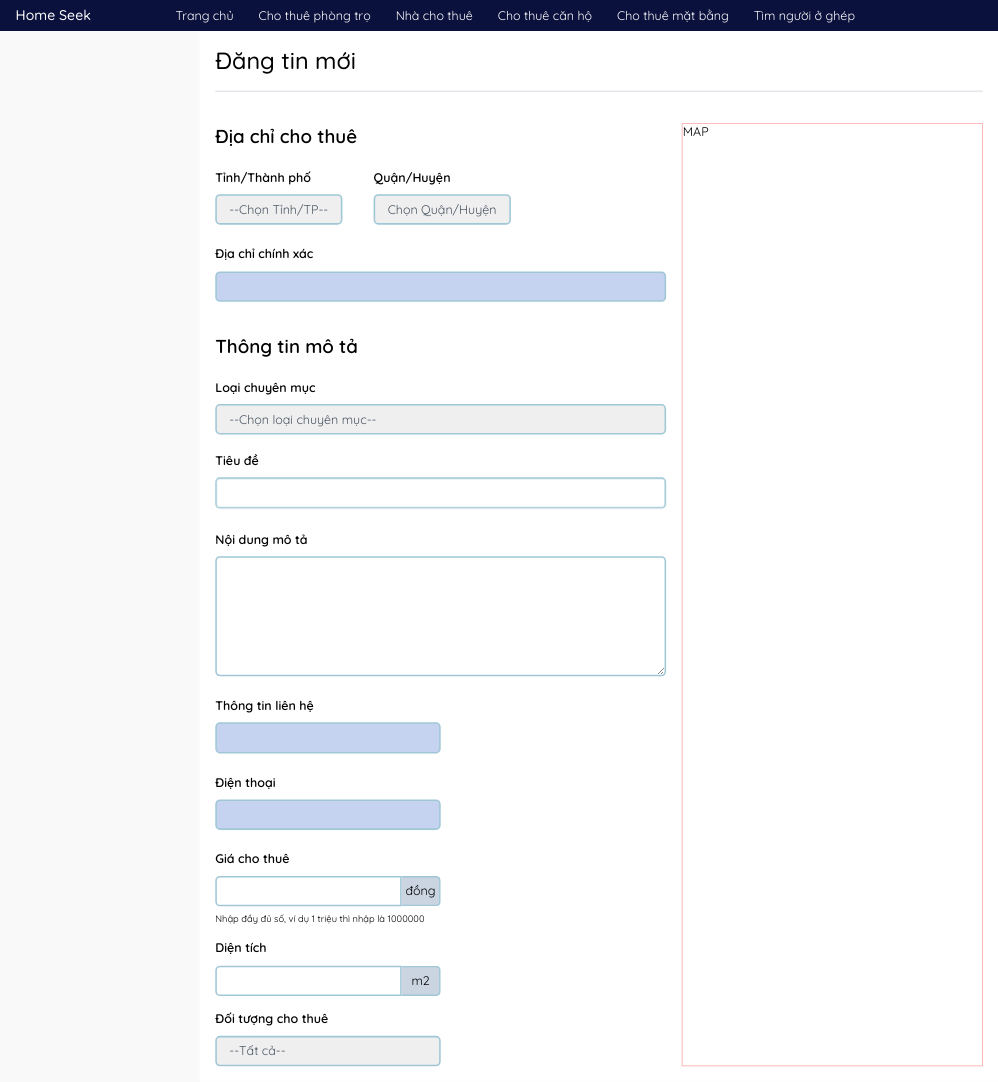
Repository: ajincome26/homeseek
Page: /create (app in client/)
The author's editor kept a copy of each file at every save. The page is drawn from the files as they stood at one save, then again after the next save.
The browser window is 1280 px wide. The pictures show the whole page, at 78% of full size.
The page's requests for data from a server got no answer. The project was rebuilt for these pictures with package versions that can differ from the ones it lists, and the page was loaded fresh each time. Some packages were replaced by stand-ins written for this rebuild. No one was signed in, and anything a server would have sent is missing. Also part of the build but not shown: client/vite.config.ts, client/src/components/Footer/Footer.tsx, client/src/utils/utils.tsx, client/src/components/MainHeader/components/User.tsx, client/src/components/Popover/Popover.tsx, client/src/components/Popover/index.ts, client/src/utils/instance.ts, client/src/apis/auth.api.ts and 13 more.

Above is the page before, as saved 2024-01-11 05:25:24.

### client/index.html
<!doctype html>
<html lang="en">
  <head>
    <meta charset="UTF-8" />
    <link rel="icon" type="image/svg+xml" href="/vite.svg" />
    <meta name="viewport" content="width=device-width, initial-scale=1.0" />
    <title>Home Seek</title>
    <link rel="preconnect" href="https://fonts.googleapis.com" />
    <link rel="preconnect" href="https://fonts.gstatic.com" crossorigin />
    <link
      href="https://fonts.googleapis.com/css2?family=Quicksand:wght@300;400;500;600;700&display=swap"
      rel="stylesheet"
    />
  </head>
  <body>
    <div id="root"></div>
    <script type="module" src="/src/main.tsx"></script>
  </body>
</html>

### client/src/main.tsx
import ReactDOM from 'react-dom/client'
import App from './App'
import './styles/index.scss'
import { BrowserRouter } from 'react-router-dom'
import { QueryClient, QueryClientProvider } from '@tanstack/react-query'
import { ReactQueryDevtools } from '@tanstack/react-query-devtools'
import { AuthProvider } from './contexts/auth.context'
import { ErrorBoundary } from './components/ErrorBoundary'

// Create a client
const queryClient = new QueryClient({
  defaultOptions: {
    queries: {
      refetchOnWindowFocus: false // disable việc fetch lại api khi focus tab window
    }
  }
})

ReactDOM.createRoot(document.getElementById('root')!).render(
  <BrowserRouter>
    <QueryClientProvider client={queryClient}>
      <AuthProvider>
        <ErrorBoundary>
          <App />
        </ErrorBoundary>
      </AuthProvider>
      <ReactQueryDevtools initialIsOpen={false} />
    </QueryClientProvider>
  </BrowserRouter>
)

### client/src/App.tsx
import { useEffect } from 'react'
import { useAuth } from './contexts/auth.context'
import useRoute from './useRoute'
import { LocalStorageEventTarget } from './utils/auth'
import { ToastContainer } from 'react-toastify'
import 'react-toastify/dist/ReactToastify.css'

function App() {
  const routeElements = useRoute()
  const { resetAuth } = useAuth()
  useEffect(() => {
    LocalStorageEventTarget.addEventListener('clearLS', () => {
      resetAuth()
    })
    return () => {
      LocalStorageEventTarget.removeEventListener('clearLS', () => {
        resetAuth()
      })
    }
  }, [resetAuth])
  return (
    <div className='bg-third'>
      <ToastContainer />
      <div>{routeElements}</div>
    </div>
  )
}

export default App

### client/src/styles/index.scss
@tailwind base;
@tailwind components;
@tailwind utilities;

@import 'reset';

body {
  font-family: 'Quicksand', sans-serif;
  font-size: 16px;
  line-height: 1.2;
}

select {
  -webkit-appearance: none;
  -moz-appearance: none;
  appearance: none;
}

::-webkit-scrollbar {
  width: 10px;
}
::-webkit-scrollbar-track {
  background-color: #fafafa;
}
::-webkit-scrollbar-thumb {
  background-color: #ccd0d7;
  border-radius: 50px;
}

/* Chrome, Safari, Edge, Opera */
input::-webkit-outer-spin-button,
input::-webkit-inner-spin-button {
  -webkit-appearance: none;
  margin: 0;
}
/* Firefox */
input[type='number'] {
  appearance: textfield;
}

.cr-truncate-1 {
  overflow: hidden;
  display: -webkit-box;
  -webkit-box-orient: vertical;
  -webkit-line-clamp: 1;
  text-overflow: ellipsis;
  word-break: break-word;
}

// class tailwind-sort
.cr-transition {
  @apply transition-all ease-linear duration-200;
}
.cr-hover-text {
  @apply hover:text-[#977616] transition-colors ease-linear duration-200 cursor-pointer;
}
.cr-input-text {
  @apply px-3 py-2 border-[2px] border-[#a0c7d6] outline-none rounded-md focus:border-[#4b5fc2] cr-transition box-border w-full;
}

### client/src/contexts/auth.context.tsx
import React, { createContext, useContext, useState } from 'react'
import { User } from '~/types/user.type'
import { getAccessToken, getUserInfoFromStorage } from '~/utils/auth'

interface AuthProviderType {
  isLoggedIn: boolean
  setIsLoggedIn: React.Dispatch<React.SetStateAction<boolean>>
  userInfo: User | null
  setUserInfo: React.Dispatch<React.SetStateAction<User | null>>
  resetAuth: () => void
}
const initialContext: AuthProviderType = {
  isLoggedIn: Boolean(getAccessToken()),
  setIsLoggedIn: () => null,
  userInfo: getUserInfoFromStorage(),
  setUserInfo: () => null,
  resetAuth: () => null
}

const AuthContext = createContext<AuthProviderType>(initialContext)
const useAuth = () => {
  const context = useContext(AuthContext)
  if (typeof context === 'undefined') throw new Error('useAuth must be used within a AuthContext')
  return context
}
const AuthProvider = ({ children }: { children: React.ReactNode }) => {
  const [isLoggedIn, setIsLoggedIn] = useState(initialContext.isLoggedIn)
  const [userInfo, setUserInfo] = useState(initialContext.userInfo)
  const resetAuth = () => {
    setIsLoggedIn(false)
    setUserInfo(null)
  }
  return (
    <AuthContext.Provider value={{ isLoggedIn, setIsLoggedIn, userInfo, setUserInfo, resetAuth }}>
      {children}
    </AuthContext.Provider>
  )
}

// eslint-disable-next-line react-refresh/only-export-components
export { useAuth, AuthProvider }

### client/src/components/ErrorBoundary/index.ts
export { default as ErrorBoundary } from './ErrorBoundary'

### client/src/useRoute.tsx
import { useRoutes } from 'react-router-dom'
import { path } from './constants/path'
import { MainLayout } from './layouts/MainLayout'
import ManageLayout from './layouts/ManageLayout/ManageLayout'
import { CreatePost } from './pages/CreatePostPage'
import { HomePage } from './pages/HomePage'
import { LoginPage } from './pages/LoginPage'
import { RegisterPage } from './pages/RegisterPage'

const { HOME, LOGIN, REGISTER, OAUTH, CREATE } = path

const useRoute = () => {
  return useRoutes([
    {
      path: LOGIN,
      element: <LoginPage />
    },
    {
      path: REGISTER,
      element: <RegisterPage />
    },
    {
      path: OAUTH,
      element: <LoginPage />
    },
    {
      path: OAUTH,
      element: <RegisterPage />
    },
    // Authen không ảnh hưởng
    {
      element: <ManageLayout />,
      children: [
        {
          index: true,
          path: CREATE,
          element: <CreatePost />
        }
      ]
    },
    {
      element: <MainLayout />,
      children: [
        {
          index: true,
          path: HOME,
          element: <HomePage />
        }
      ]
    }
  ])
}

export default useRoute

### client/src/utils/auth.ts
import { User } from '~/types/user.type'

export const LocalStorageEventTarget = new EventTarget()

export const getAccessToken = () => localStorage.getItem('accessToken') || ''
export const getRefreshToken = () => localStorage.getItem('refreshToken') || ''
export const setAccessToken = (accessToken: string) => localStorage.setItem('accessToken', accessToken)
export const setRefreshToken = (refreshToken: string) => localStorage.setItem('refreshToken', refreshToken)
export const getUserInfoFromStorage = () => {
  const info = localStorage.getItem('userInfo')
  return info ? JSON.parse(info) : null
}
export const setUserInfoToStorage = (userInfo: User) => localStorage.setItem('userInfo', JSON.stringify(userInfo))

export const clearLocalStorage = () => {
  localStorage.removeItem('accessToken')
  localStorage.removeItem('refreshToken')
  localStorage.removeItem('userInfo')
  const clearLSEvent = new Event('clearLS')
  LocalStorageEventTarget.dispatchEvent(clearLSEvent)
}

### client/src/styles/_reset.scss
*,
*::before,
*::after {
  box-sizing: border-box;
}
* {
  margin: 0;
  padding: 0;
}

html,
body {
  height: 100%;
}
body {
  line-height: 1.5;
  -webkit-font-smoothing: antialiased;
  -webkit-tap-highlight-color: rgba(0, 0, 0, 0);
}
a {
  text-decoration: none;
  color: inherit;
}
img,
picture,
video,
canvas,
svg {
  display: block;
  // max-width: 100%;
}
input,
button,
textarea,
select {
  font: inherit;
  outline: none;
}
option:checked {
  background-color: #0891b2;
  color: white;
  font-style: italic;
}
p,
h1,
h2,
h3,
h4,
h5,
h6 {
  overflow-wrap: break-word;
}

### client/src/constants/path.ts
export const path = {
  HOME: '/',
  LOGIN: '/login',
  OAUTH: '/login/oauth',
  REGISTER: '/register',
  LOGOUT: '/logout',

  ROOM_FOR_RENT: '/room-for-rent',
  HOUSE_FOR_RENT: '/house-for-rent',
  APARTMENT_FOR_RENT: '/apartment-for-rent',
  GROUND_FOR_RENT: '/ground-for-rent',
  FIND_A_ROOMATE: '/find-a-roomate',

  CREATE: '/create',
  MANAGE: '/manage',
  PROFILE: '/user/profile',
  CHANGE_PASSWORD: '/user/change-password',

  CONTACT: '/contact',

  NOT_FOUND: '*'
}

### client/src/layouts/MainLayout/index.ts
export { default as MainLayout } from './MainLayout'

### client/src/layouts/ManageLayout/ManageLayout.tsx
import { Outlet } from 'react-router-dom'
import { Sidebar } from '~/components/Sidebar'
import { SubHeader } from '~/components/SubHeader'

const ManageLayout = () => {
  return (
    <>
      <SubHeader />
      <div className='pt-[40px] flex'>
        <div className='min-h-[calc(100vh-40px)] basis-1/5'>
          <Sidebar />
        </div>
        <div className='bg-white basis-4/5'>
          <Outlet />
        </div>
      </div>
    </>
  )
}

export default ManageLayout

### client/src/pages/CreatePostPage/index.ts
export { default as CreatePost } from './CreatePost'

### client/src/pages/HomePage/index.ts
export { default as HomePage } from './HomePage'

### client/src/pages/LoginPage/index.ts
export { default as LoginPage } from './LoginPage'

### client/src/pages/RegisterPage/index.ts
export { default as RegisterPage } from './RegisterPage'

### client/src/components/Sidebar/index.ts
export { default as Sidebar } from './Sidebar'

### client/src/components/SubHeader/index.ts
export { default as SubHeader } from './SubHeader'

### client/src/pages/CreatePostPage/CreatePost.tsx
import { yupResolver } from '@hookform/resolvers/yup'
import { useForm } from 'react-hook-form'
import { postSchema, PostSchema } from '~/utils/schema'
import Address from './components/Address'
import Overview from './components/Overview'

export type FormPost = PostSchema

const CreatePost = () => {
  const { handleSubmit } = useForm<FormPost>({
    resolver: yupResolver(postSchema)
  })
  const handleCreatePost = (data: FormPost) => {
    console.log('file: CreatePost.tsx:14 ~ handleCreatePost ~ data:', data)
  }
  return (
    <div className='p-5 text-black'>
      <h2 className='w-full pb-5 text-3xl font-medium border-b-2'>Đăng tin mới</h2>
      <div className='flex gap-5 mt-10'>
        <form onSubmit={handleSubmit(handleCreatePost)} className='flex flex-col gap-10 basis-[60%]'>
          <Address />
          <Overview />
        </form>
        <div className='border border-red-300 map basis-[40%]'>MAP</div>
      </div>
    </div>
  )
}

export default CreatePost

### client/src/components/SubHeader/SubHeader.tsx
import { Link } from 'react-router-dom'
import { SubNavigation } from '../SubNavigation'

const SubHeader = () => {
  return (
    <div className='fixed w-full h-[40px] bg-primary text-white flex items-center gap-12 px-5'>
      <Link to={'/'} className='text-lg font-medium cursor-pointer hover:text-sixth cr-transition'>
        Home Seek
      </Link>
      <div className='w-[80%]'>
        <SubNavigation />
      </div>
    </div>
  )
}

export default SubHeader

### client/src/components/Field/index.ts
export { default as Field } from './Field'

### client/src/components/Input/index.ts
export { default as Input } from './Input'
export { default as InputPassword } from './InputPassword'
export { default as InputSearch } from './InputSearch'
export { default as InputNumber } from './InputNumber'
export { default as InputFile } from './InputFile'
export { default as InputReadOnly } from './InputReadOnly'

### client/src/components/Label/index.ts
export { default as Label } from './Label'

### client/src/utils/icons.ts
import { BiSolidShoppingBags, BiLogoFacebookCircle, BiPlus } from 'react-icons/bi'
import {
  AiFillInstagram,
  AiFillTwitterCircle,
  AiOutlineEye,
  AiOutlineEyeInvisible,
  AiOutlineShoppingCart,
  AiFillStar,
  AiOutlineStar,
  AiFillCaretRight,
  AiOutlineQuestionCircle,
  AiFillHeart,
  AiOutlineHeart,
  AiOutlinePlusCircle
} from 'react-icons/ai'
import { TbWorld, TbUserCircle, TbBrandMessenger } from 'react-icons/tb'
import { PiCaretDownBold, PiCaretUpBold, PiCaretLeftBold, PiCaretRightBold } from 'react-icons/pi'
import { HiOutlineSearch, HiOutlineLogout } from 'react-icons/hi'
import { BsListUl, BsThreeDots, BsShieldLock, BsPencilSquare } from 'react-icons/bs'
import { LiaFilterSolid } from 'react-icons/lia'
import { RiSubtractLine, RiTodoLine } from 'react-icons/ri'
import { FaCartPlus } from 'react-icons/fa'
import { CiEdit } from 'react-icons/ci'
import { FaRegUser, FaUserEdit } from 'react-icons/fa'
import { SiSensu } from 'react-icons/si'
import { FcGoogle } from 'react-icons/fc'
import { MdOutlineDashboard, MdOutlineLibraryBooks } from 'react-icons/md'

export default {
  AiFillInstagram,
  AiFillTwitterCircle,
  AiOutlineEye,
  AiOutlineEyeInvisible,
  AiOutlineShoppingCart,
  AiFillStar,
  AiOutlineStar,
  AiFillCaretRight,
  AiOutlineQuestionCircle,
  AiFillHeart,
  AiOutlineHeart,
  AiOutlinePlusCircle,
  BiSolidShoppingBags,
  BiLogoFacebookCircle,
  PiCaretDownBold,
  PiCaretUpBold,
  PiCaretLeftBold,
  PiCaretRightBold,
  TbWorld,
  TbUserCircle,
  TbBrandMessenger,
  HiOutlineSearch,
  HiOutlineLogout,
  BsListUl,
  BsThreeDots,
  BsShieldLock,
  BsPencilSquare,
  LiaFilterSolid,
  BiPlus,
  RiSubtractLine,
  RiTodoLine,
  FaCartPlus,
  FaUserEdit,
  CiEdit,
  FaRegUser,
  SiSensu,
  FcGoogle,
  MdOutlineDashboard,
  MdOutlineLibraryBooks
}

### client/src/constants/data.tsx
import { path } from './path'
import icons from '~/utils/icons'
import { CategoryType, GenderType } from '~/types/other.type'

const { BsPencilSquare, MdOutlineLibraryBooks, TbUserCircle, FaUserEdit, TbBrandMessenger } = icons

const {
  ROOM_FOR_RENT,
  HOUSE_FOR_RENT,
  APARTMENT_FOR_RENT,
  GROUND_FOR_RENT,
  FIND_A_ROOMATE,
  CREATE,
  MANAGE,
  PROFILE,
  CONTACT
} = path

export const categories = [
  { id: 1, name: 'Cho thuê phòng trọ', path: ROOM_FOR_RENT },
  { id: 2, name: 'Nhà cho thuê', path: HOUSE_FOR_RENT },
  { id: 3, name: 'Cho thuê căn hộ', path: APARTMENT_FOR_RENT },
  { id: 4, name: 'Cho thuê mặt bằng', path: GROUND_FOR_RENT },
  { id: 5, name: 'Tìm người ở ghép', path: FIND_A_ROOMATE }
] as CategoryType[]

export const dataManage = [
  {
    id: 1,
    text: 'Đăng tin cho thuê',
    path: CREATE,
    icon: <BsPencilSquare />
  },
  {
    id: 2,
    text: 'Quản lý tin đăng',
    path: MANAGE,
    icon: <MdOutlineLibraryBooks />
  },
  {
    id: 3,
    text: 'Thông tin tài khoản',
    path: PROFILE,
    icon: <TbUserCircle />
  }
]

export const dataSidebar = [
  {
    id: 1,
    text: 'Đăng tin cho thuê',
    path: CREATE,
    icon: <BsPencilSquare />
  },
  {
    id: 2,
    text: 'Quản lý tin đăng',
    path: MANAGE,
    icon: <MdOutlineLibraryBooks />
  },
  {
    id: 3,
    text: 'Sửa thông tin cá nhân',
    path: PROFILE,
    icon: <FaUserEdit />
  },
  {
    id: 4,
    text: 'Liên hệ',
    path: CONTACT,
    icon: <TbBrandMessenger />
  }
]

export const gender = [
  { id: 1, name: 'Nam', value: 'Male' },
  { id: 2, name: 'Nữ', value: 'female' }
] as GenderType[]

### client/src/components/SubNavigation/index.ts
export { default as SubNavigation } from './SubNavigation'

### client/src/apis/province.api.ts
import { Province } from '~/types/province.type'
import { apiGetPublicProvinces } from '~/utils/utils'

const provinceApi = {
  getProvinces: () => apiGetPublicProvinces.get<Province[]>('/')
}

export default provinceApi

### client/src/components/Select/index.ts
export { default as Select } from './Select'

### client/src/components/Input/InputArea.tsx
import { InputHTMLAttributes } from 'react'
import type { FieldValues, FieldPath, UseFormRegister } from 'react-hook-form'

export interface InputProps<TFieldValues extends FieldValues> extends InputHTMLAttributes<HTMLInputElement> {
  name: FieldPath<TFieldValues>
  errorMessage?: string
  register: UseFormRegister<TFieldValues>
}

const InputArea = <TFieldValues extends FieldValues = FieldValues>({
  name,
  errorMessage,
  register,
  className
}: InputProps<TFieldValues>) => {
  return (
    <div className='relative w-full'>
      <textarea id={name} {...register(name)} className={className} rows={7} autoComplete='on' />
      {errorMessage && <div className='text-sm text-red-500 min-h-[1rem] leading-4'>{errorMessage}</div>}
    </div>
  )
}

export default InputArea

### client/src/components/Field/Field.tsx
interface Props {
  children: JSX.Element | JSX.Element[]
}

const Field = ({ children }: Props) => {
  return <div className='flex flex-col items-start'>{children}</div>
}

export default Field

### client/src/components/Input/Input.tsx
import { InputHTMLAttributes } from 'react'
import type { FieldValues, FieldPath, UseFormRegister } from 'react-hook-form'

export interface InputProps<TFieldValues extends FieldValues> extends InputHTMLAttributes<HTMLInputElement> {
  name: FieldPath<TFieldValues>
  errorMessage?: string
  register: UseFormRegister<TFieldValues>
  isHover?: boolean
}

const Input = <TFieldValues extends FieldValues = FieldValues>({
  className,
  type,
  name,
  children,
  errorMessage,
  register,
  isHover,
  ...props
}: InputProps<TFieldValues>) => {
  return (
    <div className='relative w-full'>
      <input
        id={name}
        type={type || 'text'}
        {...register(name)}
        {...props}
        className={`mb-[6px] border rounded-lg py-3 bg-grayField transition w-full focus:bg-white ${
          children ? 'pl-4 pr-10' : 'px-4'
        } ${isHover ? 'hover:border-primary focus:border-primary' : ''} ${className}`}
        autoComplete='on'
      />
      <span className='absolute top-1/2 right-3 translate-y-[-110%] cursor-pointer text-grayDark'>{children}</span>
      {errorMessage && <div className='text-sm text-red-500 min-h-[1rem] leading-4'>{errorMessage}</div>}
    </div>
  )
}

export default Input

### client/src/components/Input/InputNumber.tsx
import { forwardRef, InputHTMLAttributes, useState } from 'react'

export interface InputNumberProps extends InputHTMLAttributes<HTMLInputElement> {
  unit?: string
}

const InputNumber = forwardRef<HTMLInputElement, InputNumberProps>(function InputNumberInner(
  { className, onChange, value = '', unit, ...rest },
  ref
) {
  const [localValue, setLocalValue] = useState<string>(value as string)
  const handleChange = (e: React.ChangeEvent<HTMLInputElement>) => {
    const { value } = e.target
    if (/^\d+$/.test(value) || value === '') {
      // thực thi onChange callback từ bên ngoài truyền vào props
      onChange && onChange(e)
      // cập nhật localValue state
      setLocalValue(value)
    }
  }

  return (
    <div className='w-full'>
      <div className='flex'>
        <input
          value={value || localValue}
          className={`px-3 py-2 border-[2px] border-[#a0c7d6] outline-none focus:border-[#4b5fc2] cr-transition box-border flex-1 ${className}`}
          autoComplete='on'
          onChange={handleChange}
          ref={ref}
          {...rest}
        />
        {unit && (
          <span className='min-h-full w-[50px] bg-slate-300 flex items-center justify-center rounded-tr-md rounded-br-md border-[2px] border-l-0 border-[#a0c7d6]'>
            {unit}
          </span>
        )}
      </div>
      {unit === 'đồng' && <p className='mt-2 text-xs'>Nhập đầy đủ số, ví dụ 1 triệu thì nhập là 1000000</p>}
    </div>
  )
})

export default InputNumber

### client/src/components/Input/InputReadOnly.tsx
import { InputHTMLAttributes } from 'react'

export interface InputProps extends InputHTMLAttributes<HTMLInputElement> {
  id: string
  data: string
}

const InputReadOnly = ({ id, data, className }: InputProps) => {
  return (
    <div className='w-full'>
      <input type='text' id={id} value={data || ''} className={`cr-input-text bg-[#c5d3f1] ${className}`} readOnly />
    </div>
  )
}

export default InputReadOnly

### client/src/components/Label/Label.tsx
interface Props {
  htmlFor: string
  children: string
  textColor?: string
  className?: string
}

const Label = ({ htmlFor, children, textColor, className }: Props) => {
  return (
    <label
      className={`${textColor || 'text-white'} mt-2 mb-3 font-semibold cursor-pointer ${className}`}
      htmlFor={htmlFor}
    >
      {children}
    </label>
  )
}

export default Label

### client/src/components/SubNavigation/SubNavigation.tsx
import { NavLink } from 'react-router-dom'
import { categories } from '~/constants/data'

const notActive = 'hover:bg-secondary px-4 h-full flex items-center bg-primary transition-all ease-linear duration-300'
const active = 'hover:bg-secondary px-4 h-full flex items-center bg-secondary'
const SubNavigation = () => {
  return (
    <div className='w-full h-[40px] flex justify-center items-center'>
      <div className='flex items-center h-full'>
        <NavLink to={'/'} className={({ isActive }) => (isActive ? active : notActive)}>
          Trang chủ
        </NavLink>
        {categories?.length > 0 &&
          categories.map((item, index) => {
            return (
              <div key={index} className='h-full'>
                <NavLink to={item.path} className={({ isActive }) => (isActive ? active : notActive)}>
                  {item.name}
                </NavLink>
              </div>
            )
          })}
      </div>
    </div>
  )
}

export default SubNavigation

### client/src/components/Button/index.ts
export { default as Button } from './Button'

Loaded but not shown: client/tailwind.config.js (37 lines, source omitted); client/src/utils/schema.ts (64 lines, source omitted); client/src/pages/CreatePostPage/components/Overview.tsx (86 lines, source omitted); client/src/pages/CreatePostPage/components/Address.tsx (82 lines, source omitted); client/src/components/Select/Select.tsx (56 lines, source omitted); client/src/components/Button/Button.tsx (52 lines, source omitted)

After the next save:
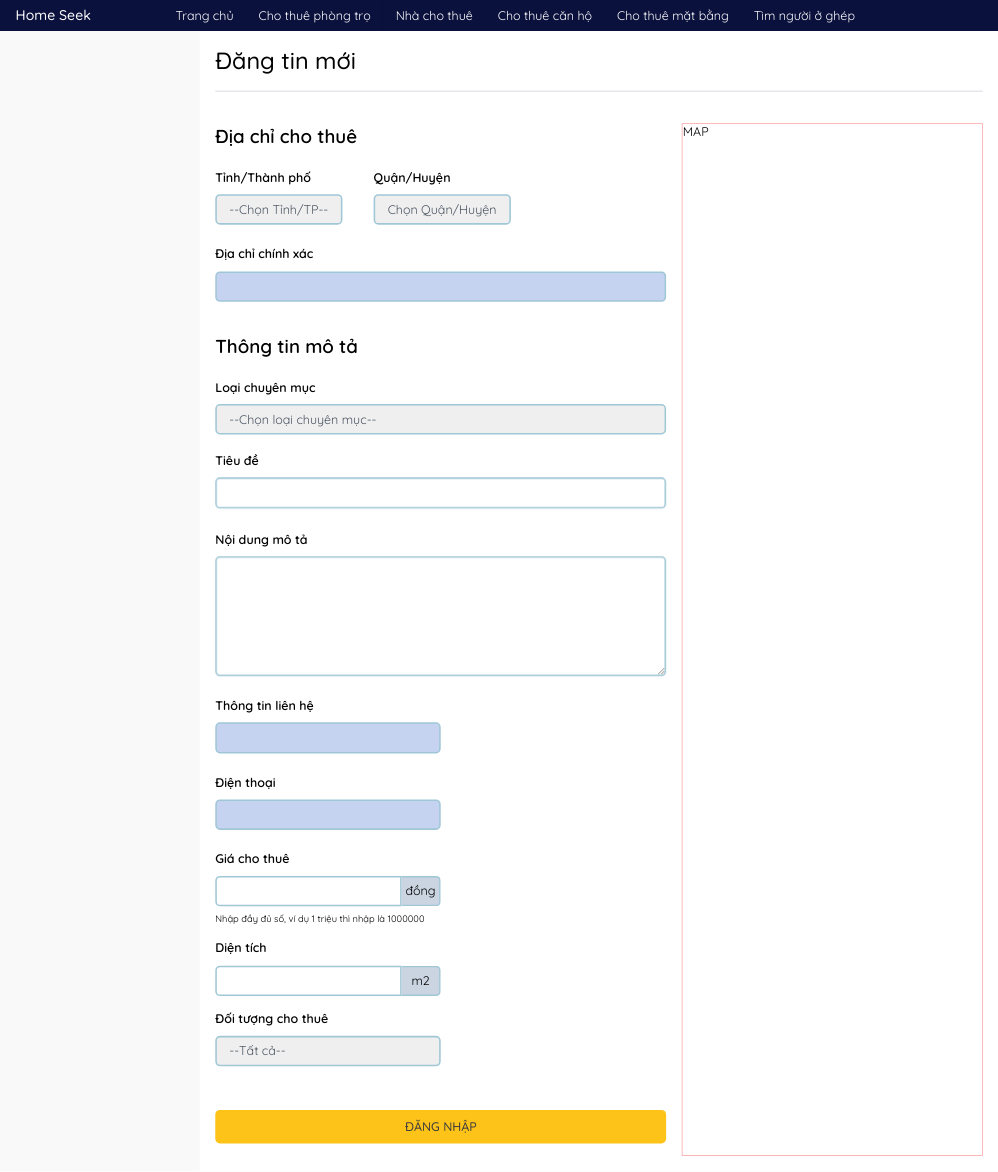
Saved 53 s later.
--- a/client/src/pages/CreatePostPage/CreatePost.tsx
+++ b/client/src/pages/CreatePostPage/CreatePost.tsx
@@ -1,5 +1,6 @@
 import { yupResolver } from '@hookform/resolvers/yup'
 import { useForm } from 'react-hook-form'
+import { Button } from '~/components/Button'
 import { postSchema, PostSchema } from '~/utils/schema'
 import Address from './components/Address'
 import Overview from './components/Overview'
@@ -20,6 +21,9 @@ const CreatePost = () => {
         <form onSubmit={handleSubmit(handleCreatePost)} className='flex flex-col gap-10 basis-[60%]'>
           <Address />
           <Overview />
+          <Button type='submit' className='px-6 py-3 my-4 text-[#3d3d3d] uppercase bg-secondary' hover>
+            Đăng nhập
+          </Button>
         </form>
         <div className='border border-red-300 map basis-[40%]'>MAP</div>
       </div>
